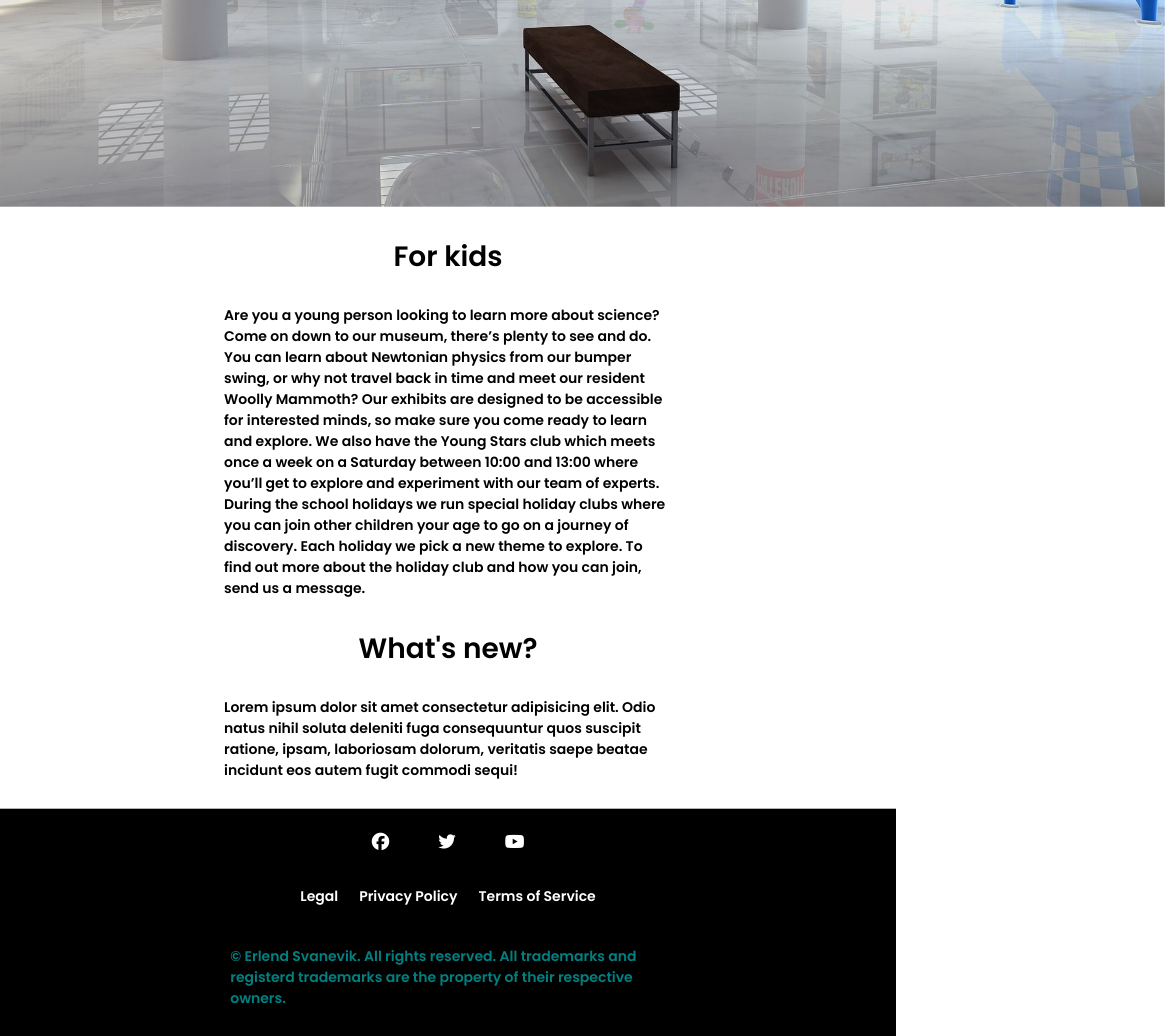
Repository: EpleWasTaken/Semester-Project
Page: index.html
An editor plug-in stored every save of this project. The page is shown before and after the next save, followed by the edit.
The browser window is 1280 px wide. The page is 1664 px wide, so the pictures cover 1664 px, including what lies to the right of the window. The pictures show the part of the page from y = 986 to 2466 px (the page is 2466 px tall before and 2456 px after), at 70% of full size.
Some web libraries are served in a nearby version.

Above is the page before, as saved 2020-12-04 12:51:22.

After the next save:
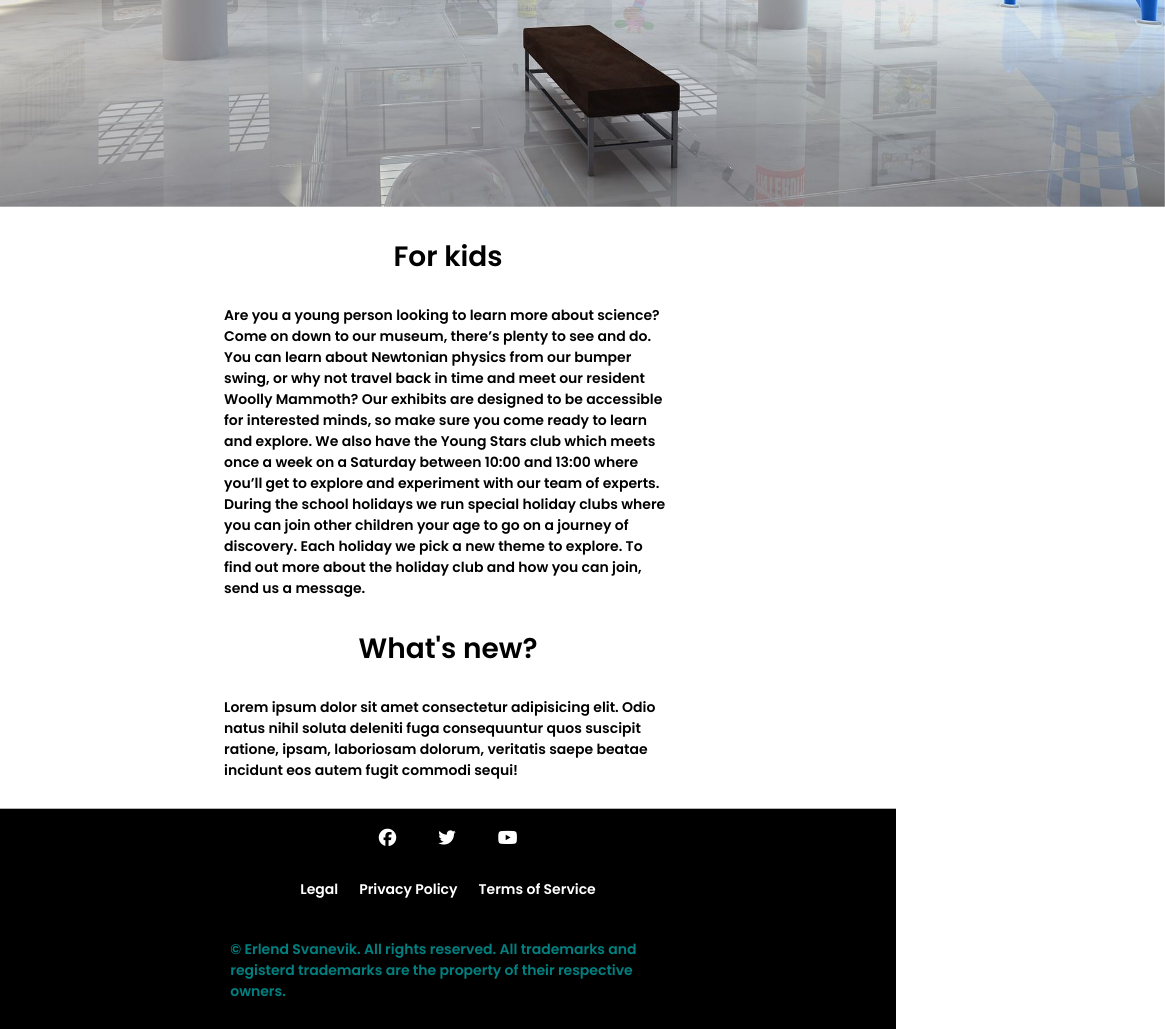
Saved 5 s later.
--- a/css/styles.css
+++ b/css/styles.css
@@ -60,7 +60,7 @@ ul a {
 	justify-content: space-between;
 	list-style-type: none;
 	color: white;
-	margin: 20px;
+	margin: 15px;
 	font-weight: 400;
 	align-items: center;
 }
